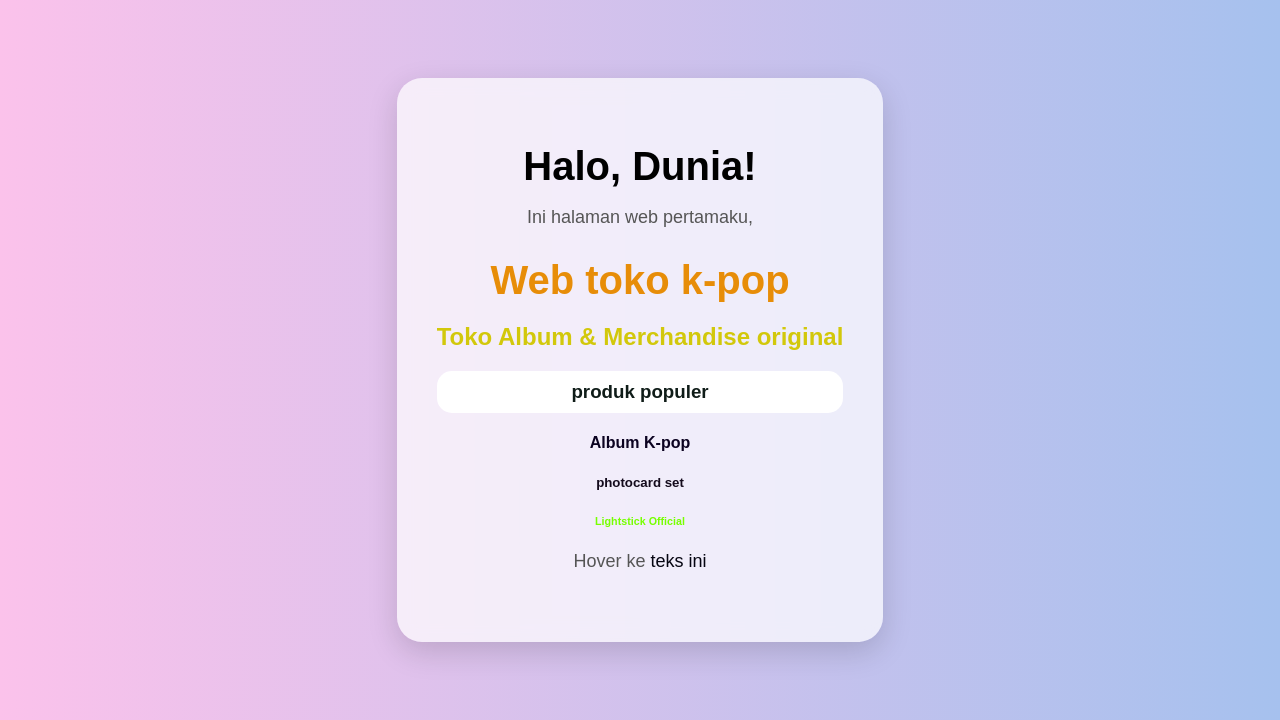
Repository: sekartazivi/241552010020-Web-Application-Development
Page: test.html
These files come from the project's save history. The page is drawn as it stood at one moment and after a run of saves; the edit follows.
The browser window is 1280 px wide. The pictures show the whole page.

Above is the page before, as saved 2026-02-20 09:22:39.

### test.html
<!DOCTYPE html>
<html lang="en">
<head>
    <meta charset="UTF-8">
    <meta name="viewport" content="width=device-width, initial-scale=<,>">
    <title> web toko kpop</title>

            <style>
    body {
        margin: 0;
            padding: 0;
            font-family: 'Poppins', sans-serif;
            background: linear-gradient(to right, #fbc2eb, #a6c1ee);
            display: flex;
            justify-content: center;
            align-items: center;
            height: 100vh;
    }

    .container {
            background: rgba(255, 255, 255, 0.7);
            padding: 40px;
            border-radius: 25px;
            box-shadow: 0 10px 30px rgba(0, 0, 0, 0.15);
            text-align: center;
            backdrop-filter: blur(10px);
    }

    h1 {
            color: #6a0572;
            font-size: 40px;
            margin-bottom: 10px;
    }

    p {
            color: #555;
            font-size: 18px;
            margin-bottom: 30px;
    }

    h3 {
            background-color: #ffffff;
            color: #4b0082;
            padding: 10px;
            border-radius: 15px;
            margin: 10px 0;
            transition: 0.3s;
    }

    h3:hover {
            transform: scale(1.05);
            background-color: #ffe0f7;
    }
    </style>
</head>

<body>
    <div class="container">

</head>
<body>
    <h1 style="color: black;">Halo, Dunia!</h1>
    <p>Ini halaman web pertamaku,</p>
    <h1 style="color: rgb(231, 141, 8);">Web toko k-pop</h1>
    <h2 style="color: rgb(210, 200, 11);">Toko Album & Merchandise original</h2>
    <h3 style="color: rgb(15, 28, 24);" >produk populer</h3>
    <h4 style="color: rgb(12, 3, 33);" >Album K-pop</h4>
    <h5 style="color: rgb(20, 11, 28);">photocard set</h5>
    <h6 style="color: rgb(119, 255, 0);">Lightstick Official</h6>
<style>
.tooltip {
  position: relative;
  cursor: pointer;
  color: rgb(5, 5, 17);
}

.tooltip-text {
  visibility: hidden;
  background-color: black;
  color: white;
  padding: 5px 8px;
  border-radius: 4px;
  position: absolute;
  bottom: 125%;
  left: 0;
  white-space: nowrap;
}

.tooltip:hover .tooltip-text {
  visibility: visible;
}
</style>

<p>
  Hover ke
  <span class="tooltip">
    teks ini
    <span class="tooltip-text">Ini tooltip custom</span>
  </span>
</p>


</body>
</html>

After the next 3 saves:
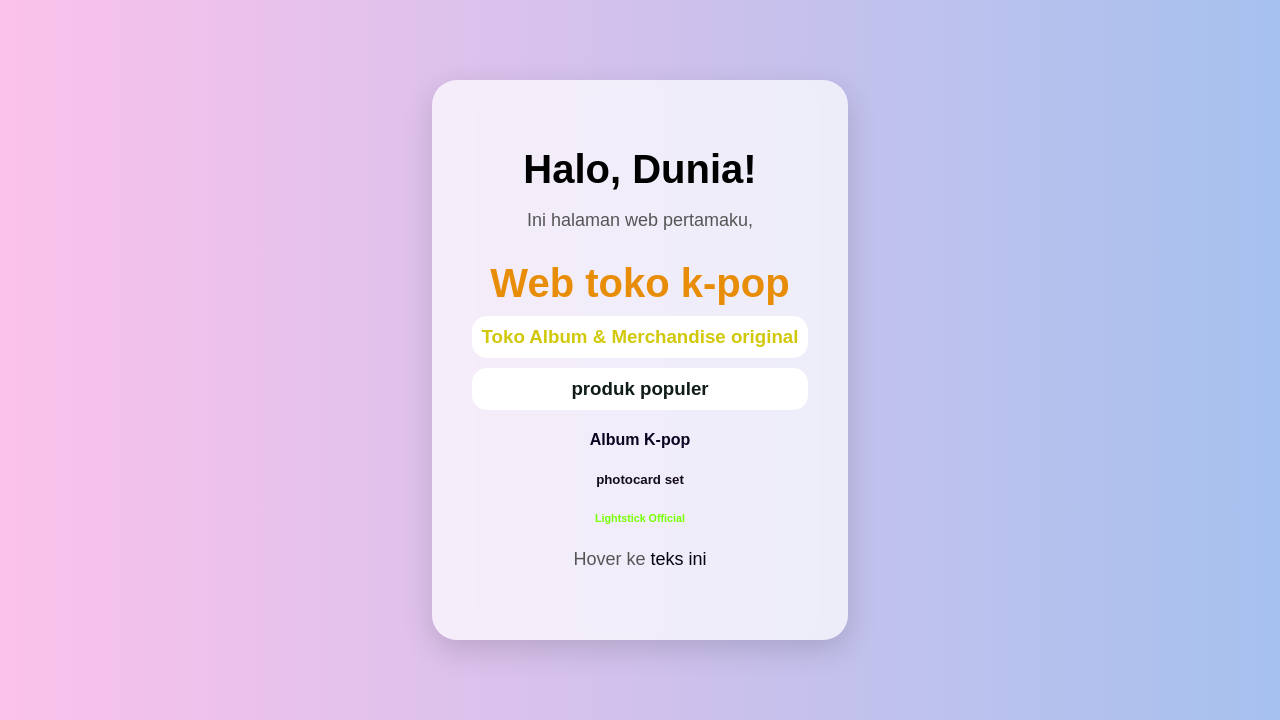
The 3 saves are shown as one change because they came seconds apart.
The last was saved 76 s later.
--- a/test.html
+++ b/test.html
@@ -62,7 +62,7 @@
     <h1 style="color: black;">Halo, Dunia!</h1>
     <p>Ini halaman web pertamaku,</p>
     <h1 style="color: rgb(231, 141, 8);">Web toko k-pop</h1>
-    <h2 style="color: rgb(210, 200, 11);">Toko Album & Merchandise original</h2>
+    <h3 style="color: rgb(210, 200, 11);">Toko Album & Merchandise original</h3>
     <h3 style="color: rgb(15, 28, 24);" >produk populer</h3>
     <h4 style="color: rgb(12, 3, 33);" >Album K-pop</h4>
     <h5 style="color: rgb(20, 11, 28);">photocard set</h5>
